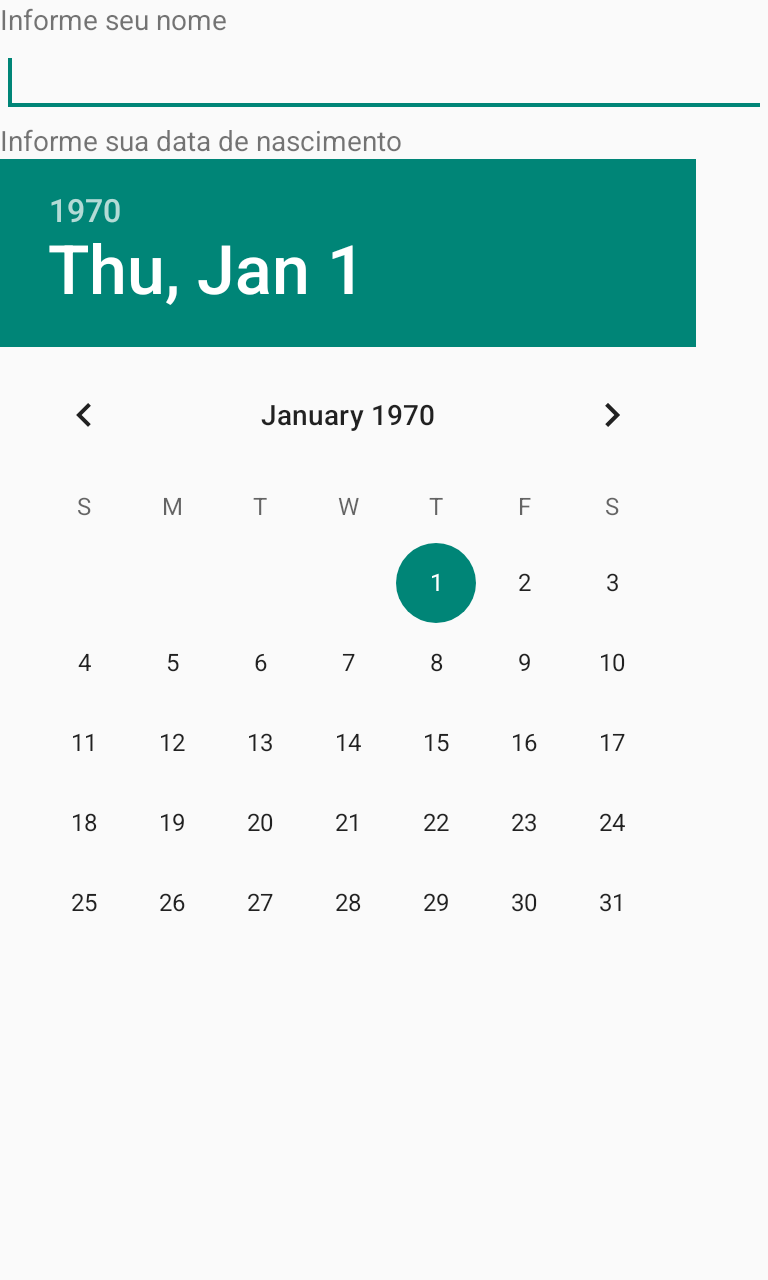
Repository: willianjean/androidProject
Layout: Exercicio3/res/layout/activity_main.xml
These files come from the project's save history. The layout is drawn as it stood at one moment and after the next save; the edit follows.
It is drawn on a 768 x 1280 px phone screen (xhdpi) without system bars, with theme AppTheme; the app's code is not run.

Above is the layout before, as saved 2014-07-23 22:06:48.

### Exercicio3/res/layout/activity_main.xml
<LinearLayout xmlns:android="http://schemas.android.com/apk/res/android"
    xmlns:tools="http://schemas.android.com/tools"
    android:id="@+id/LinearLayout2"
    android:layout_width="match_parent"
    android:layout_height="match_parent"
    android:orientation="vertical"
    tools:context="${relativePackage}.${activityClass}" >

    <TextView
        android:id="@+id/textView1"
        android:layout_width="wrap_content"
        android:layout_height="wrap_content"
        android:text="Informe seu nome" />

    <EditText
        android:id="@+id/nome"
        android:layout_width="match_parent"
        android:layout_height="wrap_content"
        android:ems="10"
        android:inputType="textPersonName" >

        <requestFocus />
    </EditText>

    <TextView
        android:id="@+id/textView2"
        android:layout_width="wrap_content"
        android:layout_height="wrap_content"
        android:text="Informe sua data de nascimento" />

    <DatePicker
        android:id="@+id/datePicker1"
        android:layout_width="wrap_content"
        android:layout_height="wrap_content" />

</LinearLayout>

Loaded but not shown: Exercicio3/res/values/styles.xml (common file); Exercicio3/res/values-v11/styles.xml (common file); Exercicio3/res/values-v14/styles.xml (common file)

After the next save:
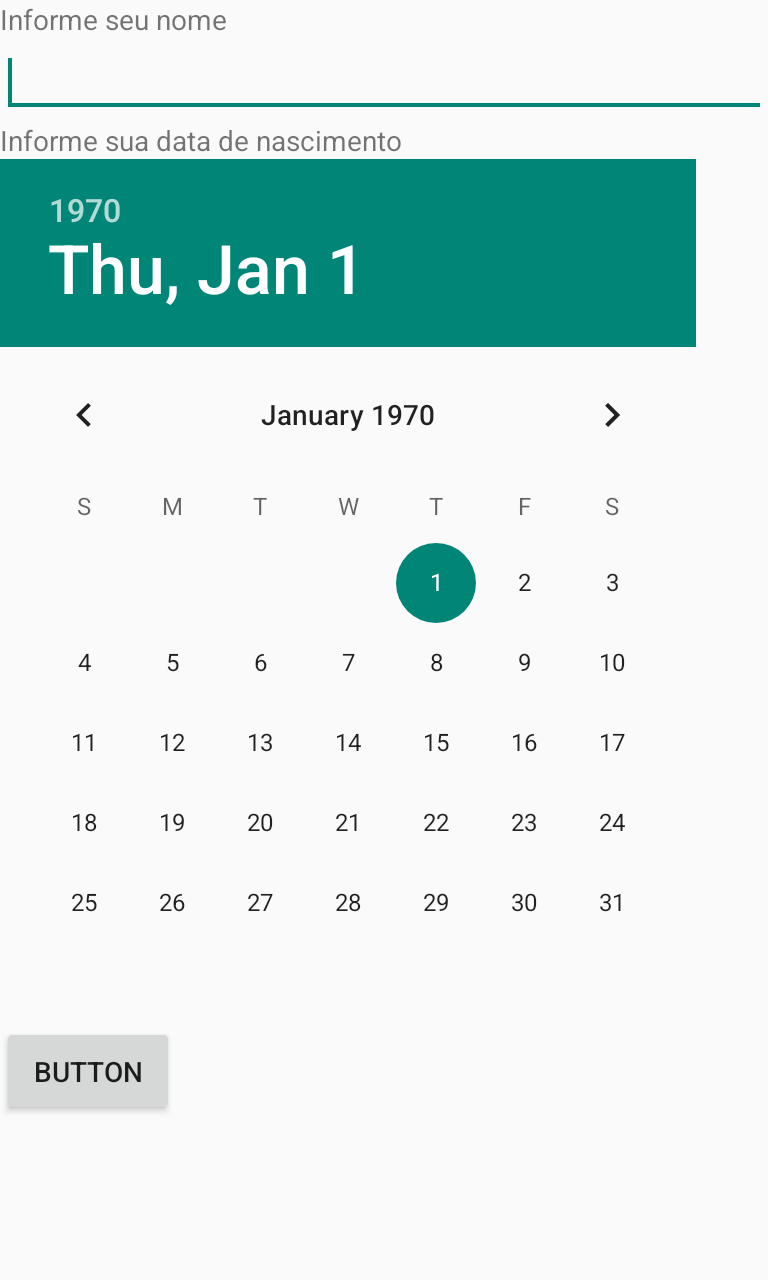
Saved 15 min 41 s later.
--- a/Exercicio3/res/layout/activity_main.xml
+++ b/Exercicio3/res/layout/activity_main.xml
@@ -33,4 +33,10 @@
         android:layout_width="wrap_content"
         android:layout_height="wrap_content" />
 
+    <Button
+        android:id="@+id/Enviar"
+        android:layout_width="wrap_content"
+        android:layout_height="wrap_content"
+        android:text="Button" />
+
 </LinearLayout>
